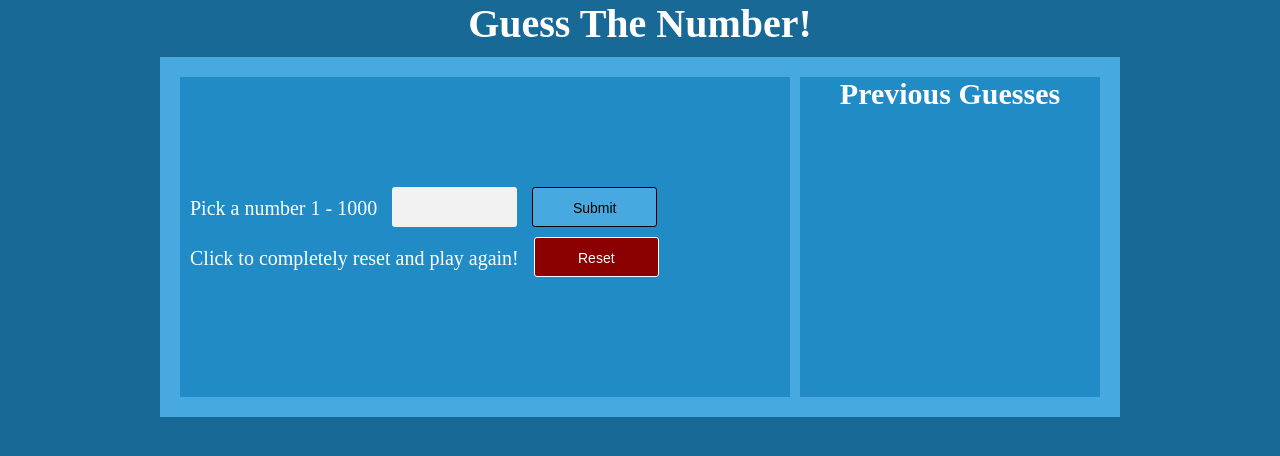
Repository: mlmEFSC21/P14-Guessing-Game
Page: guess.html
These files come from the project's save history. The page is drawn as it stood at one moment and after the next save; the edit follows.
The browser window is 1280 px wide. The pictures show the whole page.

Above is the page before, as saved 2022-03-19 14:32:53.

After the next save:
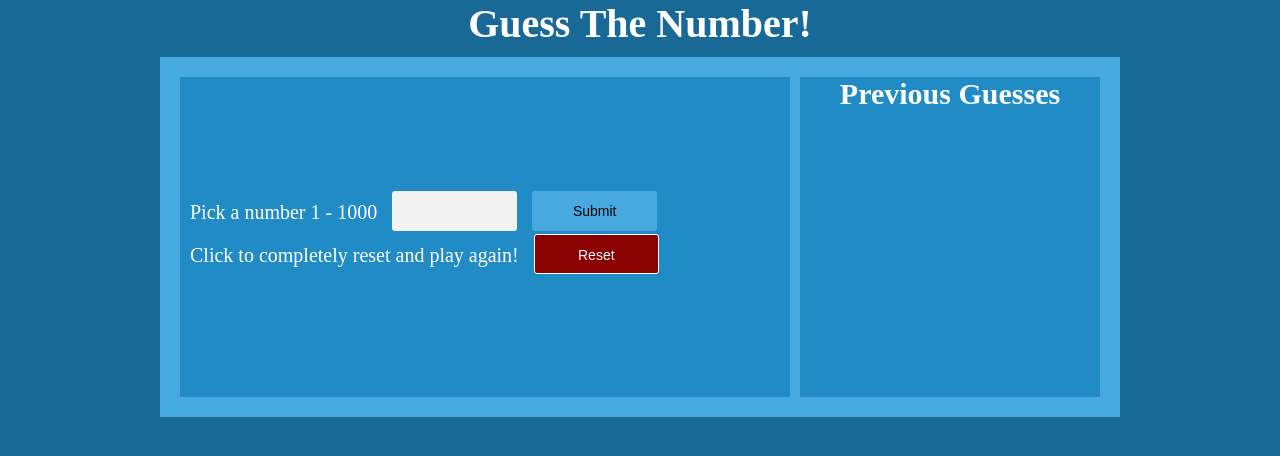
Saved 90 s later.
--- a/guess.html
+++ b/guess.html
@@ -24,7 +24,7 @@
                             class="guessInput"
                             id="guessInput"
                         />
-                        <button type="submit" class="submitBtn" id="submitBtn">Submit</button>
+                        <input type="button" class="submitBtn" id="submitBtn" value="Submit" />
                         <label for="resetBtn">Click to completely reset and play again!</label>
                         <button type="reset" class="resetBtn" id="resetBtn" name="Reset">
                             Reset
